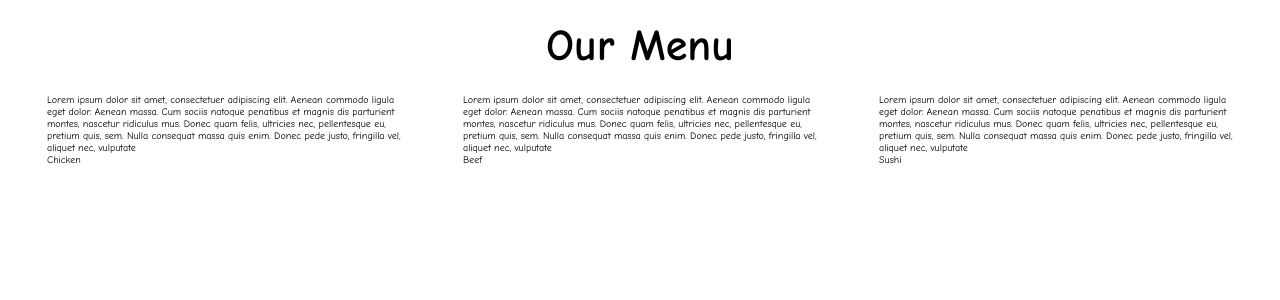
Repository: Normandy72/module2-solution
Page: index.html
These files come from the project's save history. The page is drawn as it stood at one moment and after the next save; the edit follows.
The browser window is 1280 px wide. The pictures show the whole page.

Above is the page before, as saved 2022-12-05 15:02:17.

### index.html
<!DOCTYPE html>
<html lang="en">
<head>
    <meta charset="UTF-8">
    <meta http-equiv="X-UA-Compatible" content="IE=edge">
    <meta name="viewport" content="width=device-width, initial-scale=1.0">
    <title>Our menu</title>
    <link href="https://fonts.googleapis.com/css2?family=Comic+Neue:ital,wght@0,300;0,400;0,700;1,300;1,400;1,700&family=Roboto:ital,wght@0,100;0,300;0,400;0,500;0,700;0,900;1,100;1,300;1,400;1,500;1,700;1,900&display=swap" rel="stylesheet">
    <link rel="stylesheet" href="styles/style.css">
</head>
<body>
    <h1>Our Menu</h1>
    <div class="wrapper">
        <div class="card">
            <p class="card__text">Lorem ipsum dolor sit amet, consectetuer adipiscing elit. Aenean commodo ligula eget dolor. Aenean massa. Cum sociis natoque penatibus et magnis dis parturient montes, nascetur ridiculus mus. Donec quam felis, ultricies nec, pellentesque eu, pretium quis, sem. Nulla consequat massa quis enim. Donec pede justo, fringilla vel, aliquet nec, vulputate</p>
            <div class="card__name">Chicken</div>
        </div>
        <div class="card">
            <p class="card__text">Lorem ipsum dolor sit amet, consectetuer adipiscing elit. Aenean commodo ligula eget dolor. Aenean massa. Cum sociis natoque penatibus et magnis dis parturient montes, nascetur ridiculus mus. Donec quam felis, ultricies nec, pellentesque eu, pretium quis, sem. Nulla consequat massa quis enim. Donec pede justo, fringilla vel, aliquet nec, vulputate</p>
            <div class="card__name">Beef</div>
        </div>
        <div class="card">
            <p class="card__text">Lorem ipsum dolor sit amet, consectetuer adipiscing elit. Aenean commodo ligula eget dolor. Aenean massa. Cum sociis natoque penatibus et magnis dis parturient montes, nascetur ridiculus mus. Donec quam felis, ultricies nec, pellentesque eu, pretium quis, sem. Nulla consequat massa quis enim. Donec pede justo, fringilla vel, aliquet nec, vulputate</p>
            <div class="card__name">Sushi</div>
        </div>
    </div>
</body>
</html>

### styles/style.css
*{
    font-family: 'Comic Neue', cursive;
    font-size: 10px;

    margin: 0;
    padding: 0;
    box-sizing: border-box;
}

h1{
    font-size: 4.4rem;
    text-align: center;

    padding-top: 20px;
    padding-bottom: 23px;
}

.wrapper{
    display: flex;
    justify-content: space-evenly;
}

.card{
    width: 30%;
    padding: 0 15px 30px;
    position: relative;
}

After the next save:
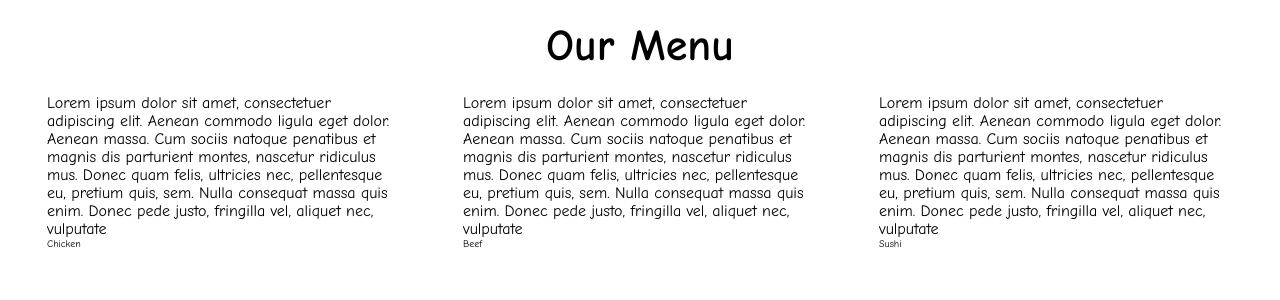
Saved 18 s later.
--- a/styles/style.css
+++ b/styles/style.css
@@ -25,3 +25,7 @@ h1{
     padding: 0 15px 30px;
     position: relative;
 }
+
+.card__text{
+    font-size: 1.6rem;
+}
